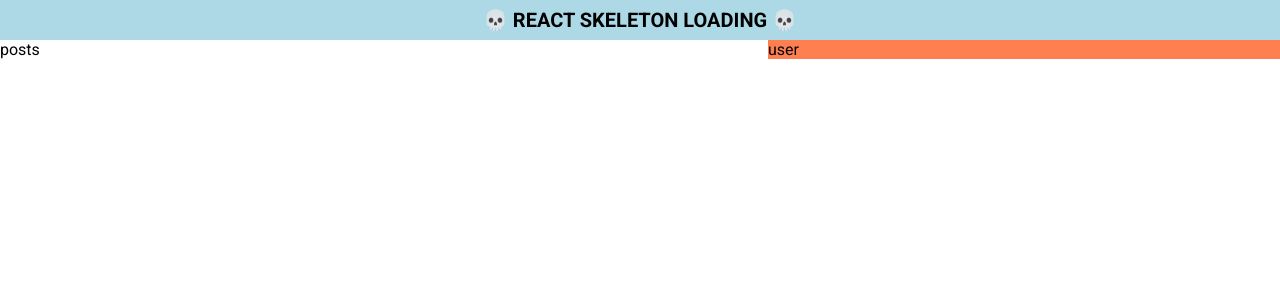
Repository: ethanJones21/React-Skeleton-Loading
Page: /
The author's editor kept a copy of each file at every save. The page is drawn from the files as they stood at one save, then again after the next save.
The browser window is 1280 px wide. The pictures show the whole page.
The project was rebuilt for these pictures with package versions that can differ from the ones it lists, and the page was loaded fresh each time.

Above is the page before, as saved 2020-11-26 02:07:55.

### public/index.html
<!DOCTYPE html>
<html lang="en">
  <head>
    <meta charset="utf-8" />
    <link rel="icon" href="%PUBLIC_URL%/favicon.ico" />
    <meta name="viewport" content="width=device-width, initial-scale=1" />
    <meta name="theme-color" content="#000000" />
    <meta name="description" content="React skeleton loading" />
    <link rel="preconnect" href="https://fonts.gstatic.com" />
    <link
      href="https://fonts.googleapis.com/css2?family=Roboto:wght@100;300;400;500;700;900&display=swap"
      rel="stylesheet"
    />
    <title>React Skeleton</title>
  </head>
  <body>
    <noscript>You need to enable JavaScript to run this app.</noscript>
    <div id="root"></div>
  </body>
</html>

### src/App.js
import './App.css';
import Header from './components/Header';
import Posts from './components/Posts';
import User from './components/User';

function App() {
  return (
    <div className="app">
      <Header/>

      <div className="appContainer">
        <Posts/>
        <User/>
      </div>
    </div>
  );
}

export default App;

### src/App.css
*{
    margin: 0;
    font-family: 'Roboto', sans-serif;
}
.appContainer{
    display: flex;
}

### src/components/Header.js
import React from 'react';
import "./Header.css"

const Header = () => {
    return (
        <div className="header">
            <span>💀 REACT SKELETON LOADING 💀 </span>
        </div>
    );
};

export default Header;

### src/components/Posts.js
import React from 'react';
import "./Posts.css"

const Posts = () => {
    return (
        <div className="posts">
            posts
        </div>
    );
};

export default Posts;

### src/components/User.js
import React from 'react';
import "./User.css"

const User = () => {
    return (
        <div className="user">
            user
        </div>
    );
};

export default User;

### src/components/Header.css
.header{
    display: flex;
    align-items: center;
    justify-content: center;
    height: 40px;
    width: 100%;
    background-color: lightblue;
    font-weight: 600;
    font-size: 20px;
}

### src/components/Posts.css
.posts{
    flex: 0.6;
}

### src/components/User.css
.user {
  background-color: coral;
  flex: 0.4;
}

Loaded but not shown: src/index.js (common file)

After the next save:
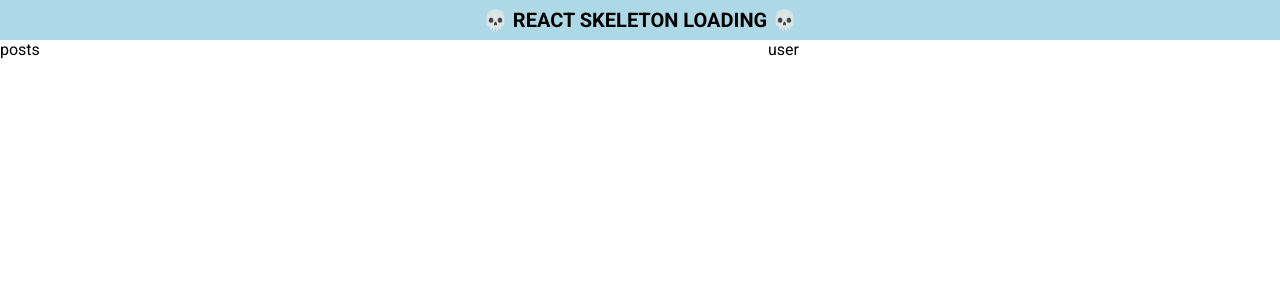
Saved 3 s later.
--- a/src/components/User.css
+++ b/src/components/User.css
@@ -1,4 +1,3 @@
 .user {
-  background-color: coral;
   flex: 0.4;
 }
